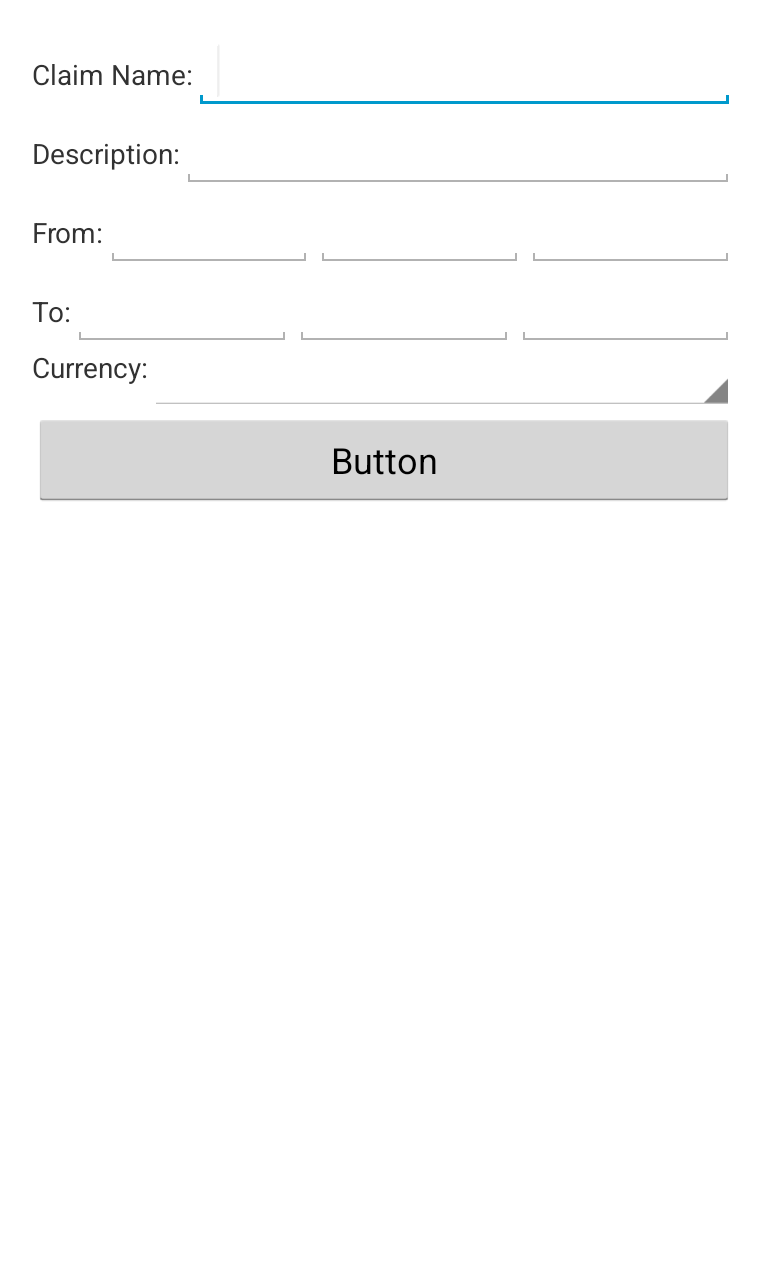
Repository: eorodrig/eorodrigTravelLogger
Layout: TravelLogger/res/layout/activity_new_claim.xml
These files come from the project's save history. The layout is drawn as it stood at one moment and after the next save; the edit follows.
It is drawn on a 768 x 1280 px phone screen (xhdpi) without system bars, with theme AppTheme; the app's code is not run.

Above is the layout before, as saved 2015-01-16 06:52:27.

After the next save:
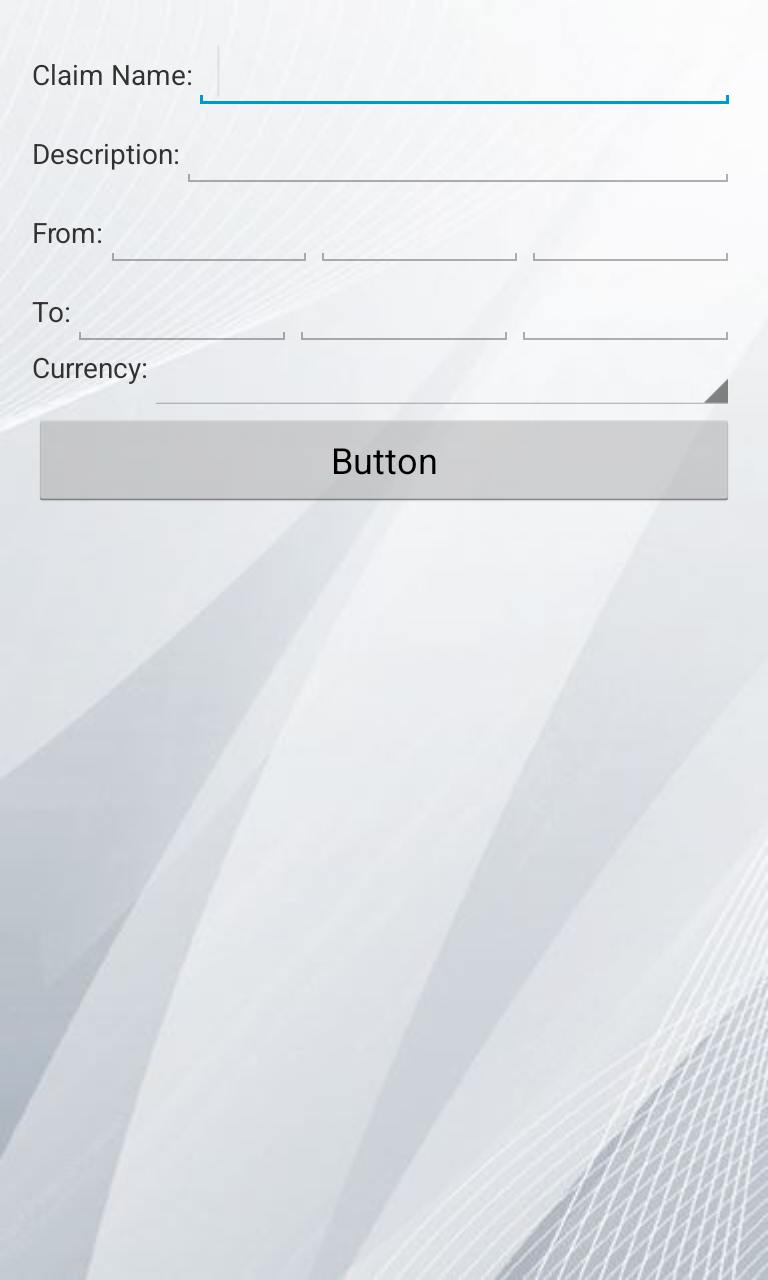
Saved 56 s later.
--- a/TravelLogger/res/layout/activity_new_claim.xml
+++ b/TravelLogger/res/layout/activity_new_claim.xml
@@ -6,6 +6,7 @@
     android:paddingLeft="@dimen/activity_horizontal_margin"
     android:paddingRight="@dimen/activity_horizontal_margin"
     android:paddingTop="@dimen/activity_vertical_margin"
+    android:background="@drawable/bg"
     tools:context="com.example.travellogger.NewClaimActivity" >
 
     <LinearLayout
